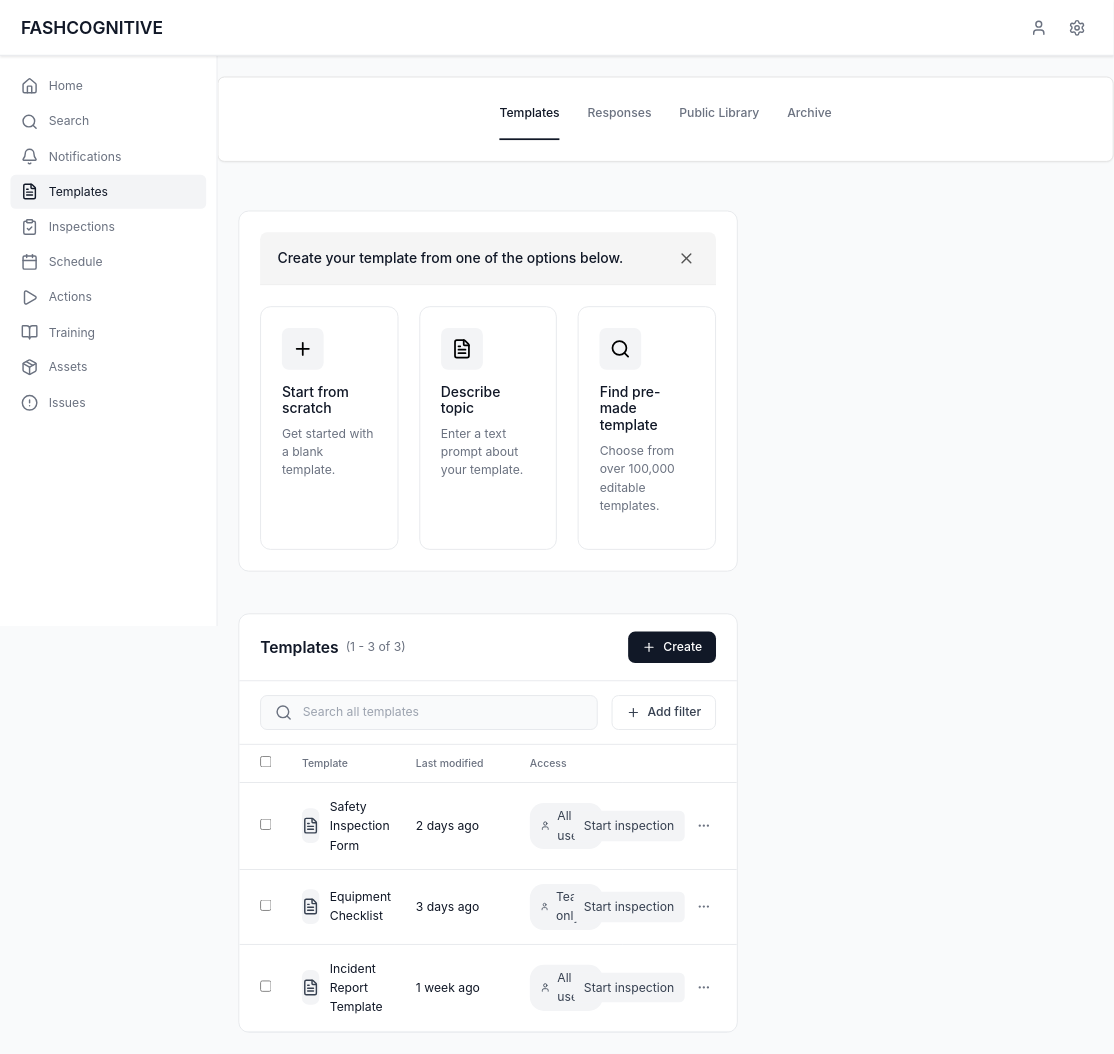
Repository: loganand612/fashcognitive-intern
Page: /template (app in fash/)
These files come from the project's save history. The page is drawn as it stood at one moment and after the next save; the edit follows.
The browser window is 1280 px wide. The pictures show the whole page, at 87% of full size.
The project was rebuilt for these pictures with package versions that can differ from the ones it lists, and the page was loaded fresh each time. Also part of the build but not shown: fash/src/pages/Login.css, fash/src/pages/Register.css, fash/src/pages/Home.tsx, fash/src/pages/Login.tsx, fash/src/pages/Register.tsx, fash/src/pages/Home2.tsx, fash/src/pages/Create_template.tsx, fash/src/pages/Dashboard.tsx. Imported but missing from the stored project, and not drawn on this page: fash/src/pages/assets/head1.mp4.

Above is the page before, as saved 2025-04-13 21:44:50.

After the next save:
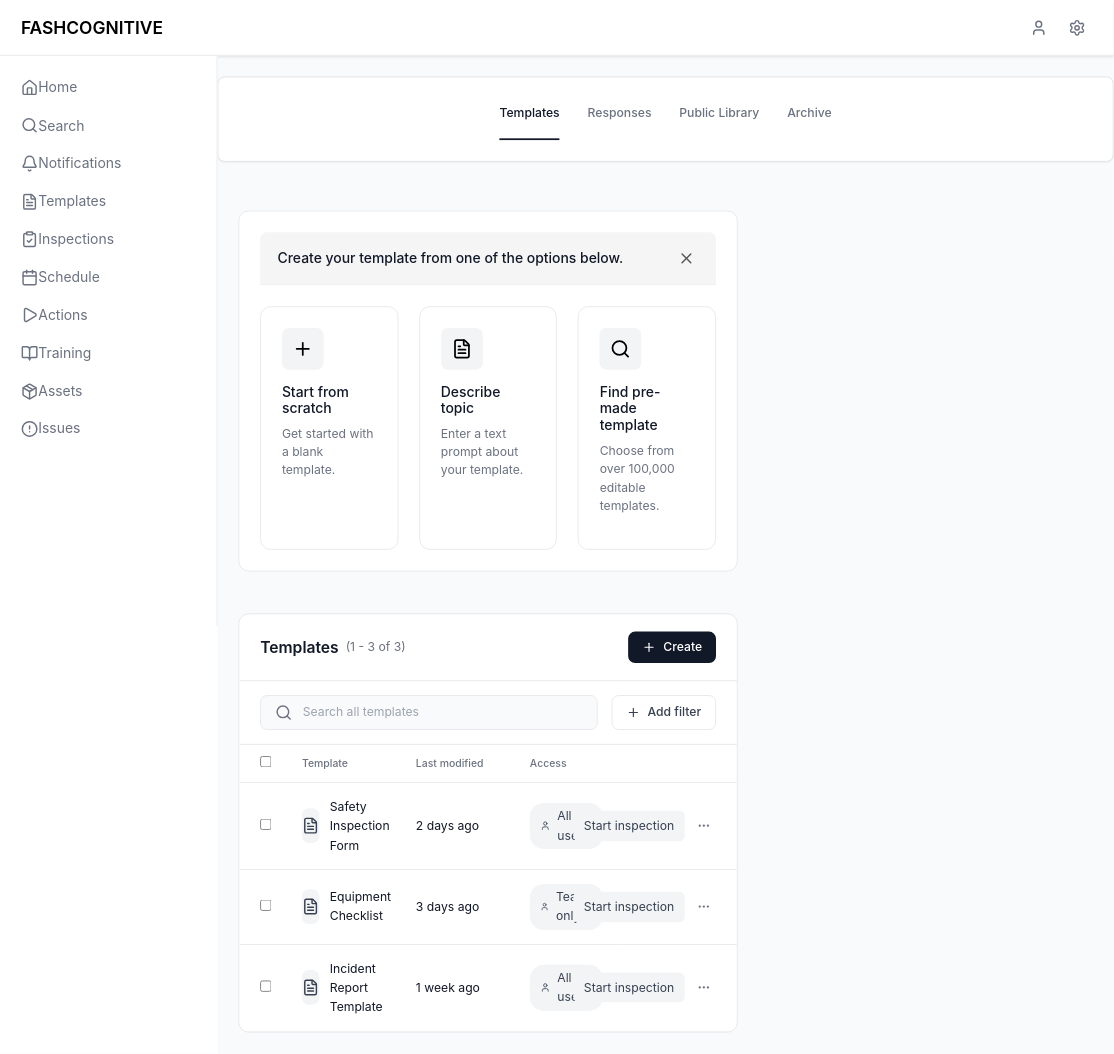
Saved 7 min 28 s later.
--- a/fash/src/pages/Template.css
+++ b/fash/src/pages/Template.css
@@ -1,4 +1,4 @@
-.app-container {
+.tp-app-container {
   min-height: 100vh;
   display: flex;
   flex-direction: column;
@@ -6,7 +6,7 @@
 }
 
 /* Navbar */
-.navbar {
+.tp-navbar {
   position: fixed;
   top: 0;
   left: 0;
@@ -21,18 +21,18 @@
   z-index: 50;
 }
 
-.navbar-brand {
+.tp-navbar-brand {
   font-size: 20px;
   font-weight: 600;
   color: #111827;
 }
 
-.navbar-actions {
+.tp-navbar-actions {
   display: flex;
   gap: 8px;
 }
 
-.nav-button {
+.tp-nav-button {
   padding: 8px;
   background: none;
   border: none;
@@ -45,13 +45,13 @@
   justify-content: center;
 }
 
-.nav-button:hover {
+.tp-nav-button:hover {
   background-color: #f3f4f6;
   color: #111827;
 }
 
 /* Sidebar */
-.sidebar {
+.tp-sidebar {
   position: fixed;
   top: 64px;
   left: 0;
@@ -64,13 +64,13 @@
   z-index: 40;
 }
 
-.sidebar-nav {
+.tp-sidebar-nav {
   display: flex;
   flex-direction: column;
   gap: 2px;
 }
 
-.nav-link {
+.tp-nav-link {
   display: flex;
   align-items: center;
   gap: 12px;
@@ -82,12 +82,12 @@
   font-size: 14px;
 }
 
-.nav-link:hover {
+.tp-nav-link:hover {
   background-color: #f3f4f6;
   color: #111827;
 }
 
-.nav-link.active {
+.tp-nav-link.active {
   background-color: #f3f4f6;
   color: #111827;
 }
